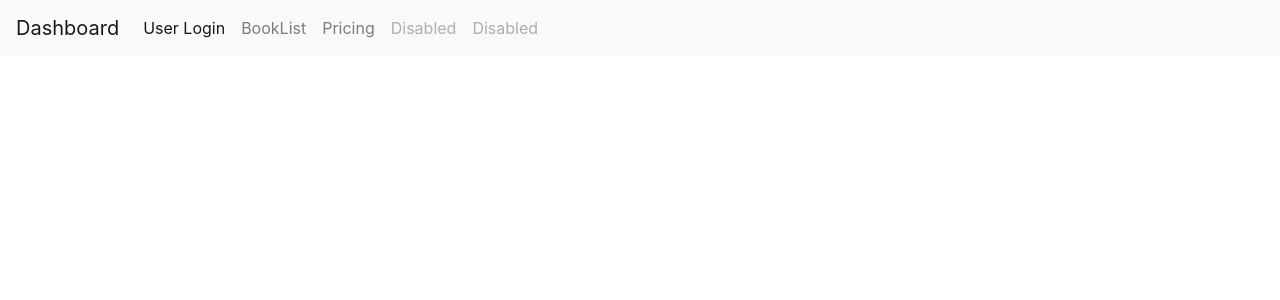
Repository: KeithKeithZ/libapp
Page: http://localhost/Users
An editor plug-in stored every save of this project. The page is shown before and after the next save, followed by the edit.
The browser window is 1280 px wide. The pictures show the whole page.
The page is served by the project's Laravel application, run on PHP 8.4 with Laravel 8.

Above is the page before, as saved 2021-12-03 14:01:40.

After the next save:
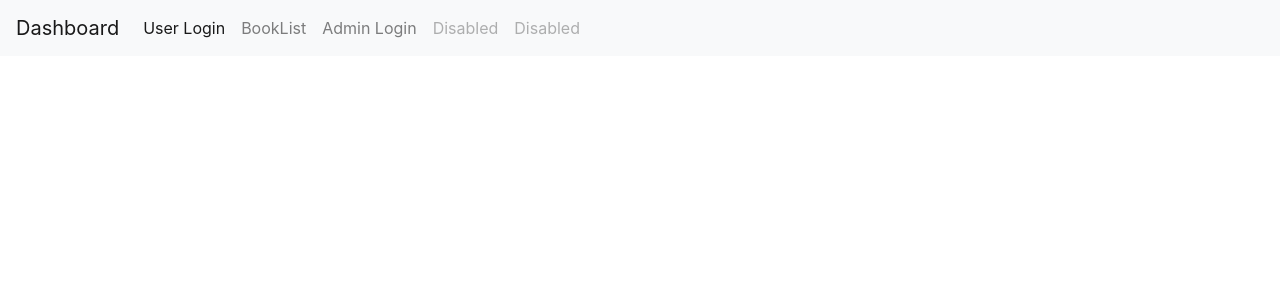
Saved 3 min 44 s later.
--- a/resources/views/user.blade.php
+++ b/resources/views/user.blade.php
@@ -24,7 +24,7 @@
                 <a class="nav-link" href="/BookList">BookList</a>
             </li>
             <li class="nav-item">
-                <a class="nav-link" href="#">Pricing</a>
+                <a class="nav-link" href="#">Admin Login</a>
             </li>
             <li class="nav-item">
                 <a class="nav-link disabled" href="#">Disabled</a>
